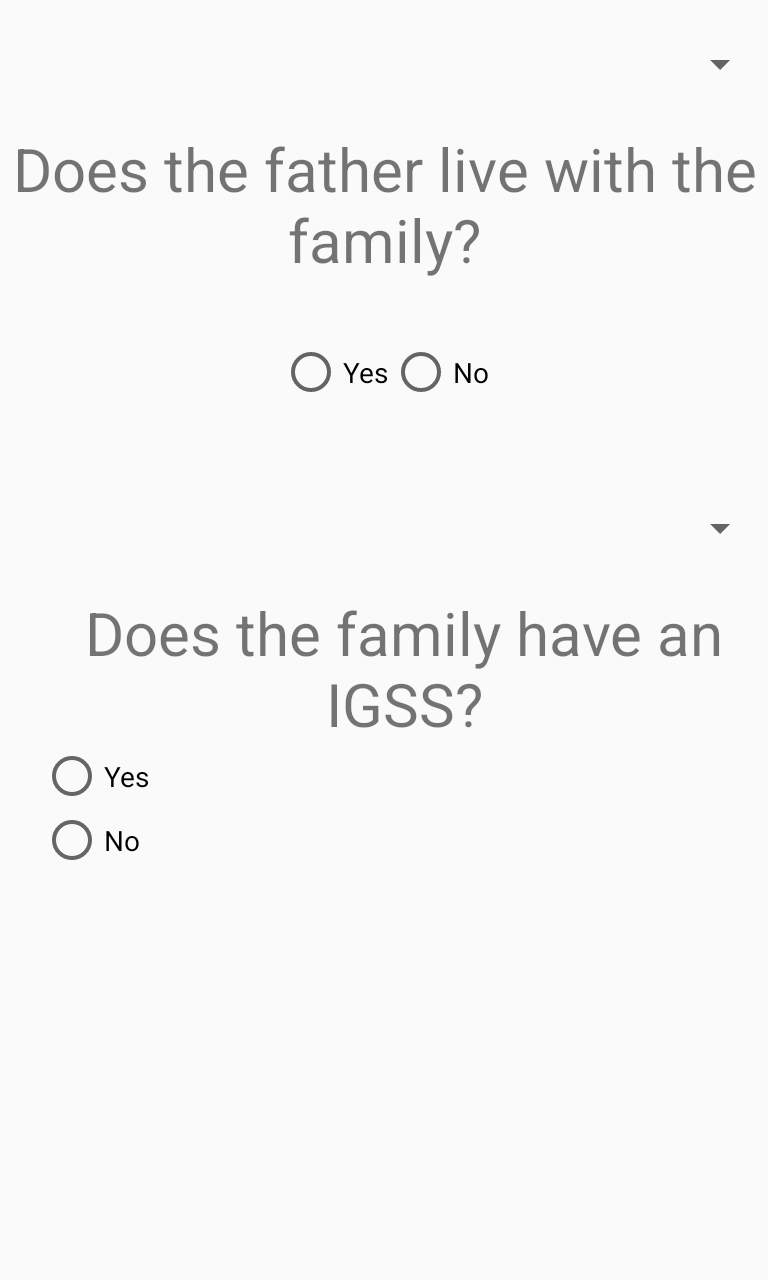
Repository: achavez812/GuatemalaProject2
Layout: GuateMedic-master/GuateMedic/res/layout/fragment_add_new_family_visit1.xml
The author's editor kept a copy of each file at every save. The layout is drawn from the files as they stood at one save, then again after the next save.
It is drawn on a 768 x 1280 px phone screen (xhdpi) without system bars, with theme AppTheme; the app's code is not run.

Above is the layout before, as saved 2014-07-05 03:05:08.

### GuateMedic-master/GuateMedic/res/layout/fragment_add_new_family_visit1.xml
<?xml version="1.0" encoding="utf-8"?>
<ScrollView xmlns:android="http://schemas.android.com/apk/res/android"
    android:layout_width="match_parent"
    android:layout_height="wrap_content">
	<LinearLayout
	    android:layout_width="match_parent"
	    android:layout_height="wrap_content"
	    android:orientation="vertical">
	    <Spinner
	        android:id="@+id/family_visit1_parent1_marital_status"
	        android:layout_width="match_parent"
	        android:layout_height="wrap_content"
	        android:layout_marginTop="20dp"/>

     	<TextView
         	android:id="@+id/family_visit1_father_lives_with_text"
         	android:layout_width="wrap_content"
         	android:layout_height="wrap_content"
         	android:gravity="center"
			android:layout_marginTop="20dp"
         	android:textSize="30sp"
         	android:text="Does the father live with the family?"/>

     	<LinearLayout
	        android:layout_width="match_parent"
	        android:layout_height="wrap_content"
	        android:layout_marginTop="30dp"
	        android:layout_marginBottom="30dp"
	        android:gravity="center_horizontal"
	        android:orientation="horizontal" >

	    	<RadioGroup
	    	    android:id="@+id/sex_radio"
			    android:layout_width="wrap_content"
			    android:layout_height="wrap_content"
			    android:orientation="horizontal">

			    <RadioButton android:id="@+id/yes_father_lives_with"
			        android:layout_width="wrap_content"
			        android:layout_height="wrap_content"
			        android:text="Yes"/>

			    <RadioButton android:id="@+id/no_father_lives_with"
			        android:layout_width="wrap_content"
			        android:layout_height="wrap_content"
			        android:text="No"/>

			</RadioGroup>

		</LinearLayout>


	  	<Spinner
	        android:id="@+id/family_visit1_fathers_job"
	        android:layout_width="match_parent"
	        android:layout_height="wrap_content"
	        android:layout_marginTop="20dp" />


	     <TextView android:id="@+id/family_visit1_igss_text"
	         android:layout_width="wrap_content"
	         android:layout_height="wrap_content"
	         android:gravity="center"
	         android:layout_marginTop="20dp"
	         android:textSize="30sp"
	         android:text="Does the family have an IGSS?"


	         android:layout_marginTop="20dp"
	         android:layout_marginLeft="20dp"
	         android:layout_below="@+id/family_visit1_fathers_job"
	         android:layout_alignParentLeft="true"/>

	     <RadioGroup
	         android:id="@+id/family_visit1_igss"
	         android:textSize="30sp"
	         android:layout_width="match_parent"
	         android:layout_height="wrap_content"
	         android:layout_centerHorizontal="true"
	         android:layout_below="@+id/family_visit1_igss_text"
	         android:tag="IGSS"
	         android:layout_marginBottom="20dp"
	         android:layout_marginLeft="20dp"
	         >
	         <RadioButton
	             android:id="@+id/yes_igss"
	             android:layout_width="wrap_content"
	             android:layout_height="wrap_content"
	             android:text="Yes"/>
	         <RadioButton
	             android:id="@+id/no_igss"
	             android:layout_width="wrap_content"
	             android:layout_height="wrap_content"
	             android:text="No"/>
	    </RadioGroup>

	</LinearLayout>
</ScrollView>

### GuateMedic-master/GuateMedic/res/values/styles.xml
<resources xmlns:android="http://schemas.android.com/apk/res/android">

    <!--
        Base application theme, dependent on API level. This theme is replaced
        by AppBaseTheme from res/values-vXX/styles.xml on newer devices.
    -->

    <!-- Application theme. -->
    <style name="AppTheme" parent="@style/Theme.AppCompat.Light.DarkActionBar">
        <!-- All customizations that are NOT specific to a particular API-level can go here. -->
    	<item name="android:typeface">sans</item>
        <item name="actionBarStyle">@style/MyActionBar</item>
    	<item name="android:actionBarStyle">@style/MyActionBar</item>
    	<item name="android:actionOverflowButtonStyle">@style/OverFlow</item>
    	<item name="android:popupMenuStyle">@style/MyPopupMenu</item>
    	<item name="popupMenuStyle">@style/MyPopupMenu</item>
        <item name="android:panelBackground">#004d6b</item>
         <item name="android:itemTextAppearance">@style/myCustomMenuTextApearance</item>

    </style>
       <style name="myCustomMenuTextApearance" parent="@android:style/TextAppearance.Widget.IconMenu.Item">
        <item name="android:textColor">#FFFFFF</item>
        <item name="android:textSize">20sp</item>

    </style>
    <style name="MyActionBar" parent="@style/Widget.AppCompat.Light.ActionBar.Solid.Inverse">
        <item name="android:background">#004d6b</item>
        <item name="android:titleTextStyle">@style/TitleText</item>



    </style>

    <style name ="MyPopupMenu" parent="android:Theme.Holo.Light">
        <item name="android:popupBackground">#004d6b</item>
    </style>

    <style name="OverFlow" parent="@android:style/Widget.Holo.ActionButton.Overflow">
    	<item name="android:src">@drawable/ic_action_overflow</item>
	</style>
    <style name="TitleText">
        <item name="android:textColor">#FFFFFF</item>
        <item name="android:typeface">sans</item>
        <item name="android:textSize">30sp</item>

    </style>
	<!--
	<style name="HomePage" parent="AppTheme">
	<item name="android:background"> @drawable/guatemala_home_bg </item>
	</style>
	    -->





</resources>

After the next save:
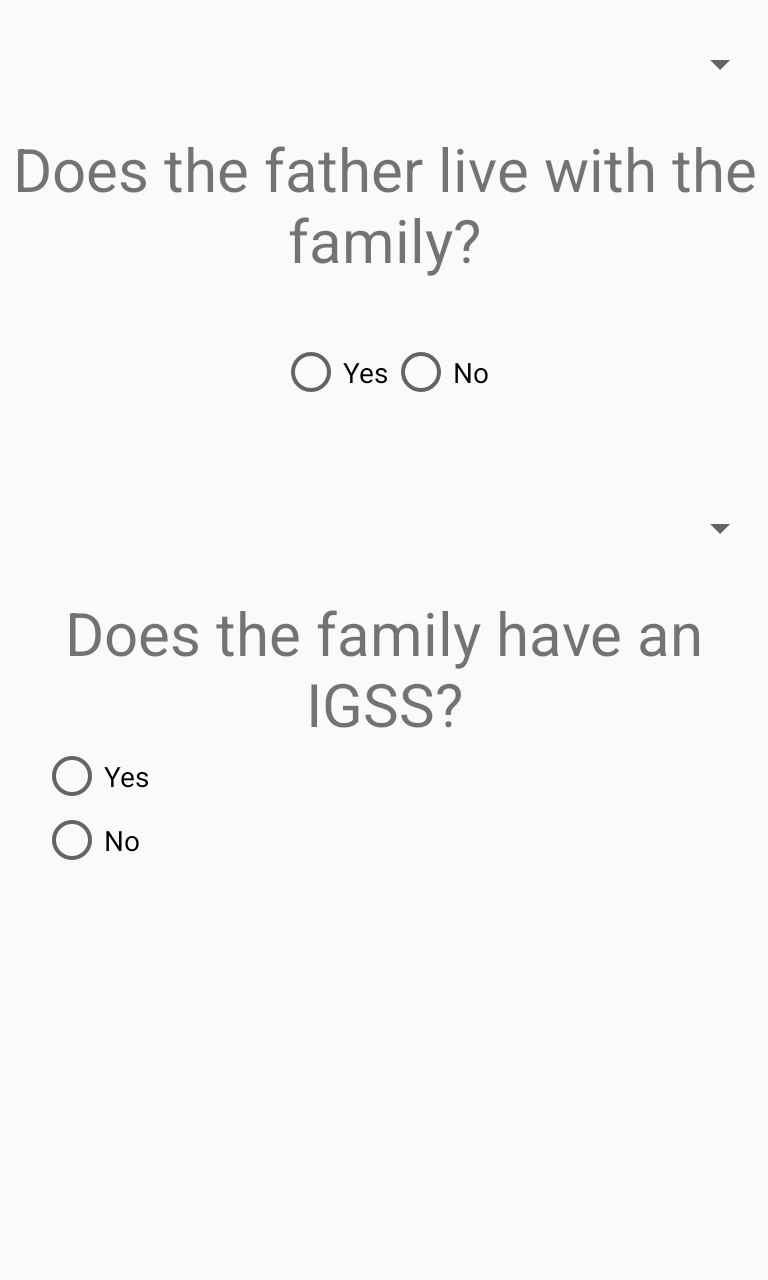
Saved 4 s later.
--- a/GuateMedic-master/GuateMedic/res/layout/fragment_add_new_family_visit1.xml
+++ b/GuateMedic-master/GuateMedic/res/layout/fragment_add_new_family_visit1.xml
@@ -63,13 +63,7 @@
 	         android:gravity="center"
 	         android:layout_marginTop="20dp"
 	         android:textSize="30sp"
-	         android:text="Does the family have an IGSS?"
-
-
-	         android:layout_marginTop="20dp"
-	         android:layout_marginLeft="20dp"
-	         android:layout_below="@+id/family_visit1_fathers_job"
-	         android:layout_alignParentLeft="true"/>
+	         android:text="Does the family have an IGSS?" />
 
 	     <RadioGroup
 	         android:id="@+id/family_visit1_igss"
